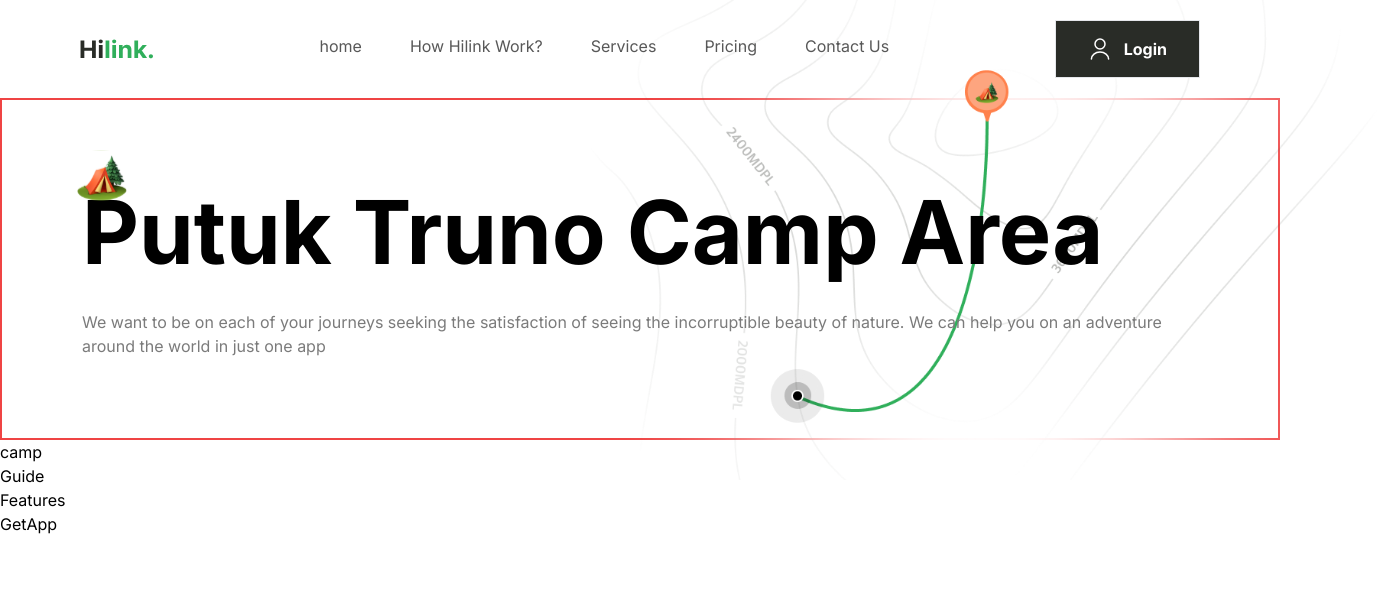
Repository: abdulrahmanmahmood/Travel-App
Page: /
The author's editor kept a copy of each file at every save. The page is drawn from the files as they stood at one save, then again after a run of saves.
The browser window is 1280 px wide. The page is 1392 px wide, so the pictures cover 1392 px, including what lies to the right of the window. The pictures show the whole page.
The project was rebuilt for these pictures with package versions that can differ from the ones it lists, and the page was loaded fresh each time. The framework's server and built-in components were replaced by stand-ins that run in the browser. Also part of the build but not shown: next.config.js.

Above is the page before, as saved 2023-11-01 16:55:03.

After the next 3 saves:
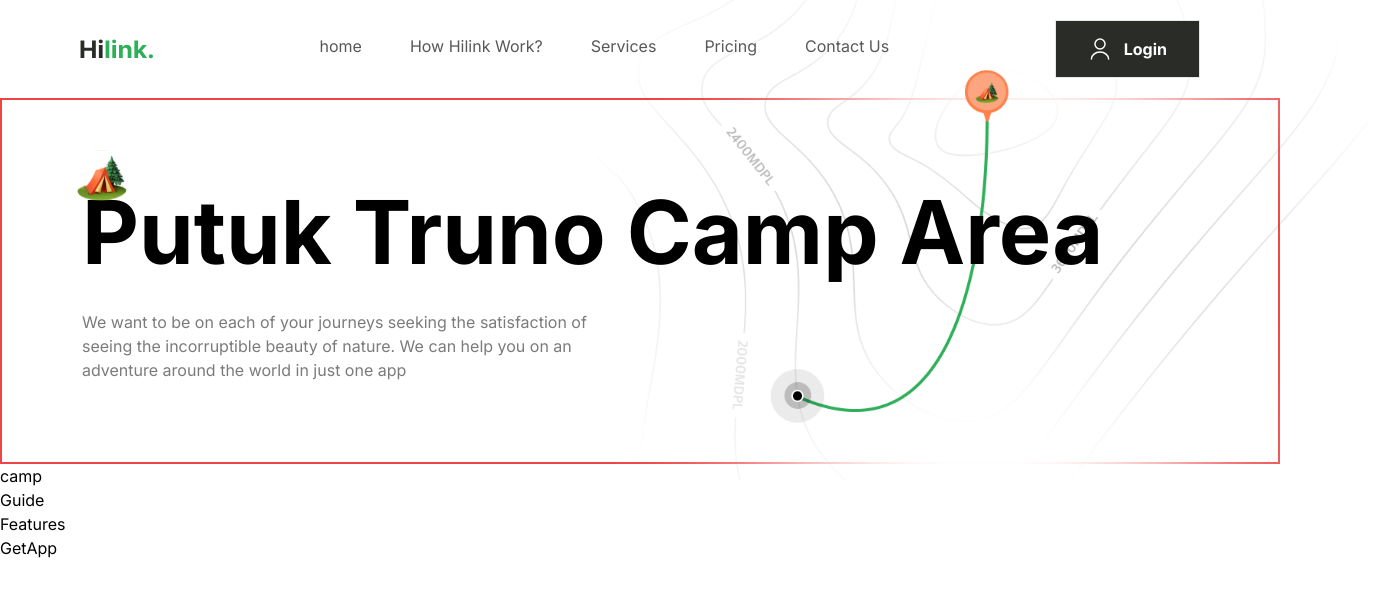
The 3 saves are shown as one change because they came seconds apart.
The last was saved 9 s later.
--- a/components/Hero.tsx
+++ b/components/Hero.tsx
@@ -17,7 +17,7 @@ function Hero() {
           className="absolute left-[-5px] top-[-30px] w-10 lg:w-[50px]"
         />
         <h1 className="bold-52 lg:bold-88">Putuk Truno Camp Area</h1>
-        <p className="regular-16 mt-6 text-gray-30 xl:max">
+        <p className="regular-16 mt-6 text-gray-30 xl:max-w-[520px]">
           We want to be on each of your journeys seeking the satisfaction of
           seeing the incorruptible beauty of nature. We can help you on an
           adventure around the world in just one app
